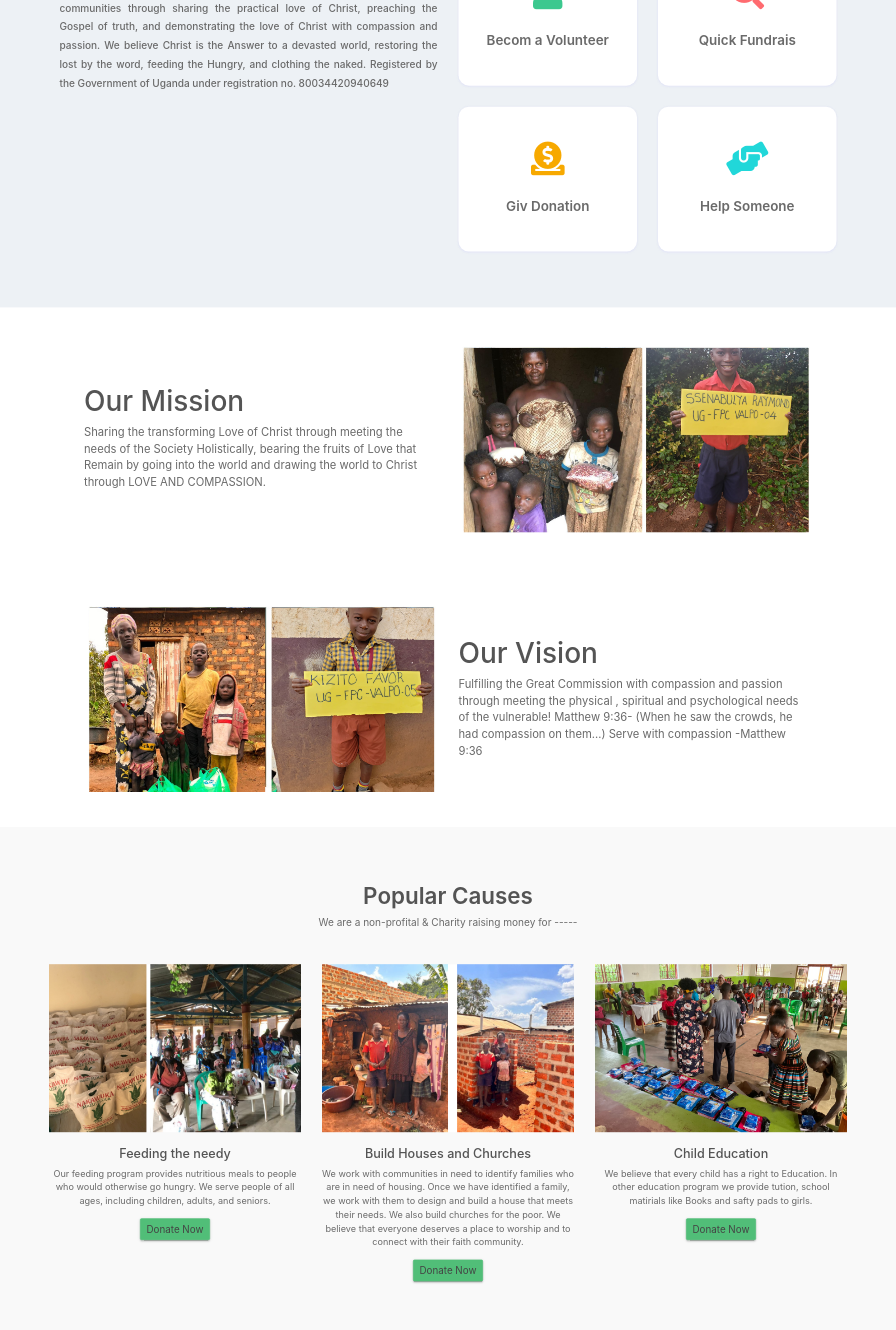
Repository: kluivert-ssali/Zziwa
Page: index.html
These files come from the project's save history. The page is drawn as it stood at one moment and after the next save; the edit follows.
The browser window is 1280 px wide. The pictures show the part of the page from y = 1109 to 3009 px (the page is 5257 px tall before and 5355 px after), at 70% of full size.
Pictures or frames that could not be fetched are drawn as grey boxes. A picture or video elsewhere on the page could not be fetched, so the positions and the page height are approximate. Backgrounds fixed to the window are drawn as part of the page.

Above is the page before, as saved 2023-11-24 19:31:38.

After the next save:
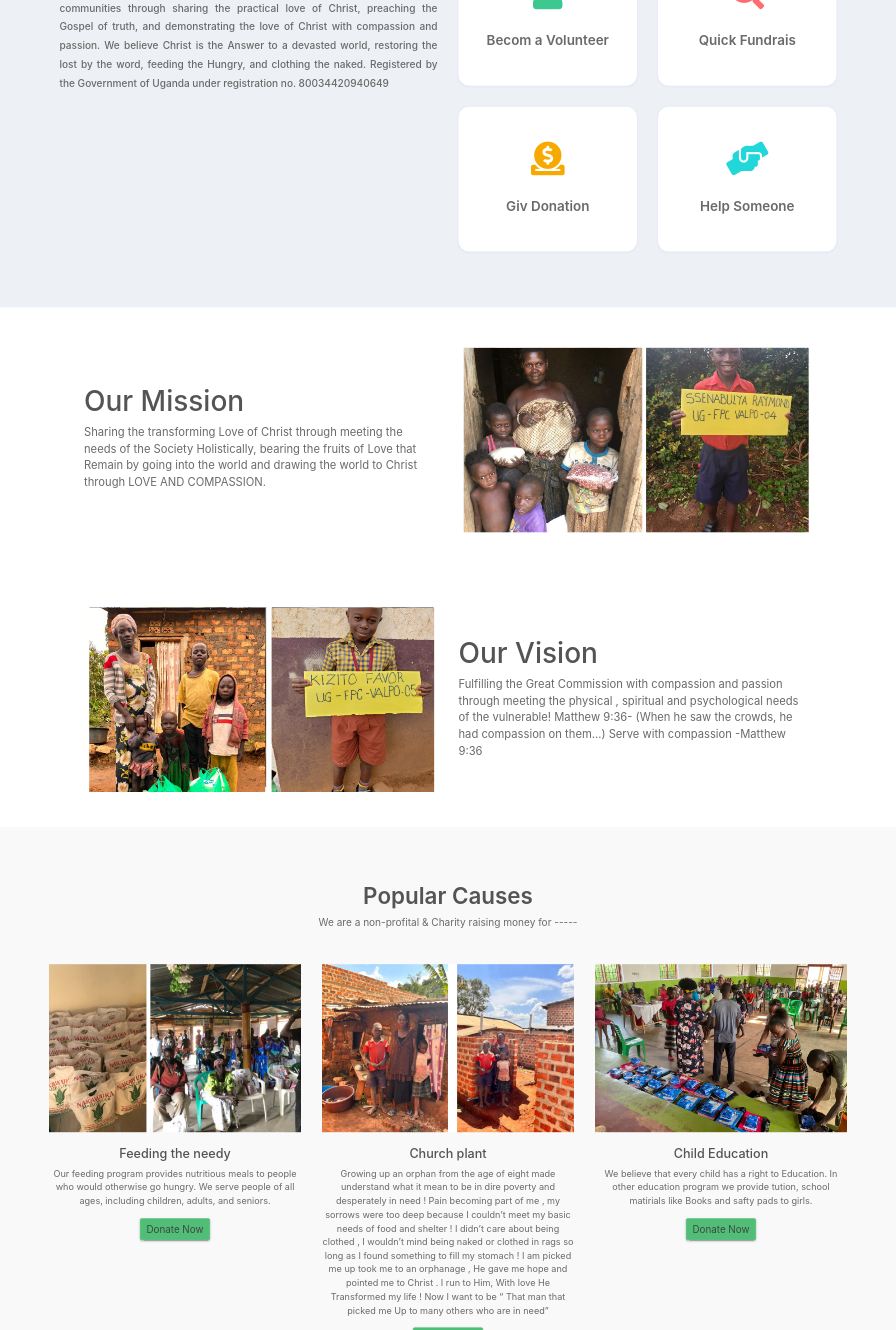
Saved 3 min 13 s later.
--- a/index.html
+++ b/index.html
@@ -311,13 +311,18 @@
           <div class="col-md-4 col-sm-6">
             <div class="event-box">
               <img src="assets/images/events/House2.png" alt="" />
-              <h4>Build Houses and Churches</h4>
+              <h4>Church plant</h4>
               <p class="desic">
-                We work with communities in need to identify families who are in
-                need of housing. Once we have identified a family, we work with
-                them to design and build a house that meets their needs. We also
-                build churches for the poor. We believe that everyone deserves a
-                place to worship and to connect with their faith community.
+                Growing up an orphan from the age of eight made understand what
+                it mean to be in dire poverty and desperately in need ! Pain
+                becoming part of me , my sorrows were too deep because I
+                couldn’t meet my basic needs of food and shelter ! I didn’t care
+                about being clothed , I wouldn’t mind being naked or clothed in
+                rags so long as I found something to fill my stomach ! I am
+                picked me up took me to an orphanage , He gave me hope and
+                pointed me to Christ . I run to Him, With love He Transformed my
+                life ! Now I want to be “ That man that picked me Up to many
+                others who are in need”
               </p>
               <button class="btn btn-success btn-sm">
                 <a
